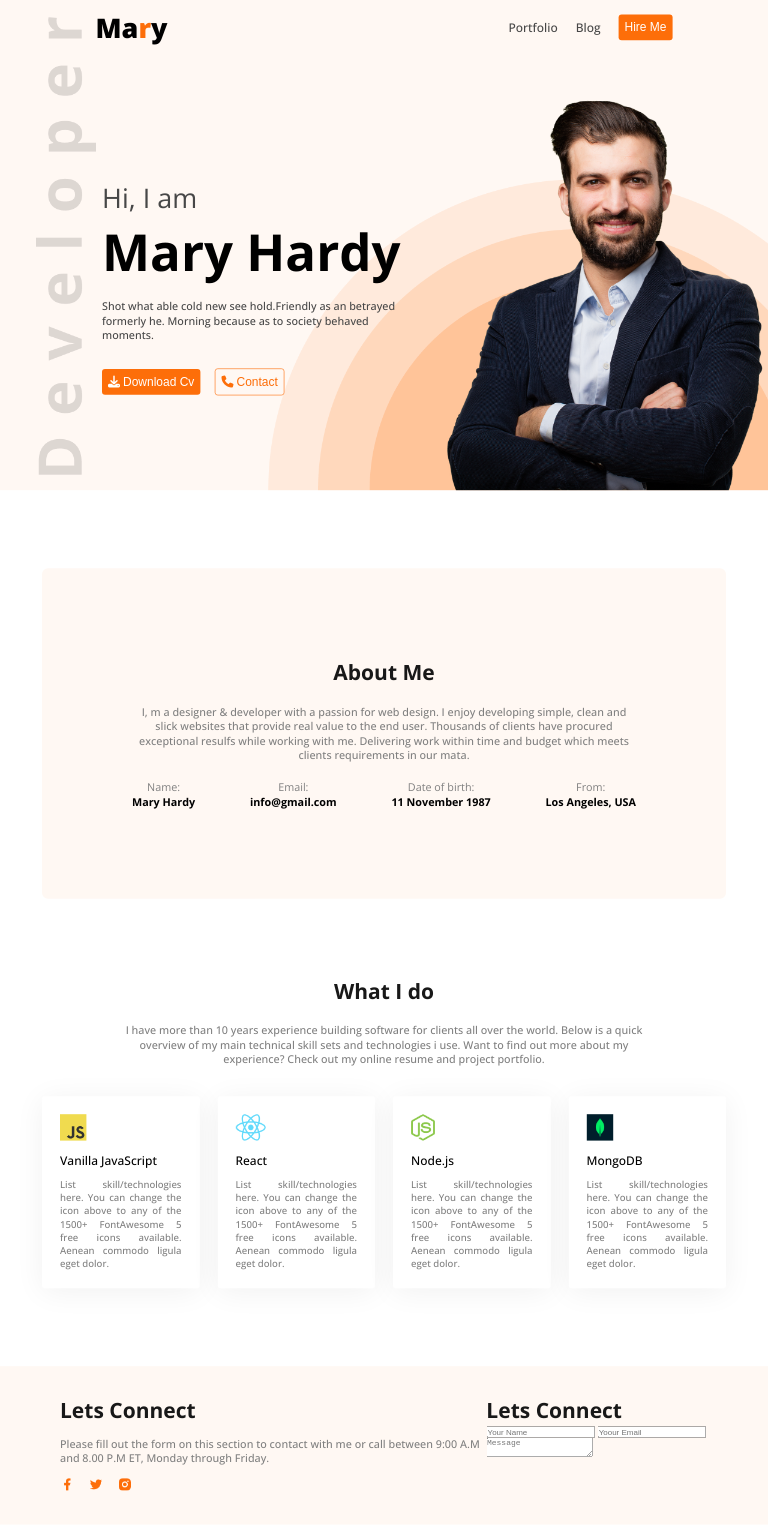
Repository: nahid-hasann/website-1
Page: index.html
An editor plug-in stored every save of this project. The page is shown before and after the next save, followed by the edit.
The browser window is 1280 px wide. The pictures show the whole page, at 60% of full size.

Above is the page before, as saved 2025-07-08 14:04:23.

### index.html
<!DOCTYPE html>
<html lang="en">
<head>
    <meta charset="UTF-8">
    <meta name="viewport" content="width=device-width, initial-scale=1.0">
    <title>Document</title>
    <link rel="preconnect" href="https://fonts.googleapis.com">
<link rel="preconnect" href="https://fonts.gstatic.com" crossorigin>
<link href="https://fonts.googleapis.com/css2?family=Open+Sans:ital,wght@0,300..800;1,300..800&display=swap" rel="stylesheet">
<link rel="stylesheet" href="style.css">
<link rel="stylesheet" href="https://cdnjs.cloudflare.com/ajax/libs/font-awesome/6.7.2/css/all.min.css" integrity="sha512-Evv84Mr4kqVGRNSgIGL/F/aIDqQb7xQ2vcrdIwxfjThSH8CSR7PBEakCr51Ck+w+/U6swU2Im1vVX0SVk9ABhg==" crossorigin="anonymous" referrerpolicy="no-referrer" />
</head>
<body class="open-sans-nahid">

<header class="main-header">
    <nav class="header">
          <div>
            <h3 class="nav-title">Ma<span style="color: #fd6e09;">r</span>y</h3>
          </div>
          <div class="menu">
            <ul>
            <li><a href="" class="dark-2" >Portfolio</a></li>
            <li><a  class="dark-2" href="">Blog</a></li>
            <li><button class="hire-me">Hire Me</button></li>
          </ul>
          </div>
    </nav>

    <div class="banner">

      <div class="banner-container">
        <h4 style="font-size: 45px; font-weight: 400;" class="dark-2">Hi, I  am</h4>
        <h1 style="font-size: 85px;">Mary Hardy</h1>
        <br>
        <p class="banner-description dark-2">
          Shot what able cold new see hold.Friendly as an betrayed formerly he. Morning because as to society behaved moments.
        </p>
        <br>
        <br>
        <button class="hire-me" style="margin-right: 20px;"><i class="fa-solid fa-download" style="margin-right: 5px;"></i>Download Cv</button>
        <button class="btn-2"><i class="fa-solid fa-phone" style="margin-right: 5px;"></i>Contact</button>
      </div>
      <img class="banner-img" src="images/hardy.png" alt="">

    </div>

</header>

<main >

  <section class="section">
      <h3 class="section-title">About Me</h3>
      <p style="font-size: 18px; color: grey; margin-top: 30px;">I, m a designer & developer with a passion for web design. I enjoy developing simple, clean and slick websites that provide real value to the end user. Thousands of clients have procured exceptional resulfs while working with me. Delivering work within time and budget which meets clients requirements in our mata.</p>

      <div class="about-items">

    <div class="about-item">
      <p class="item-title">Name:</p>
      <p class="item-description">Mary Hardy</p>
    </div>
    <div class="about-item">
      <p class="item-title">Email:</p>
      <p class="item-description">info@gmail.com</p>
    </div>
    <div class="about-item">
      <p class="item-title">Date of birth:</p>
      <p class="item-description">11 November 1987</p>
    </div>
    <div class="about-item">
      <p class="item-title">From:</p>
      <p class="item-description">Los Angeles, USA</p>
    </div>

  </div>

  </section>

  <section class="skiill">
            <h3 class="section-title">What I do</h3>
            <p style="font-size: 18px; color: grey; margin-top: 30px; width: 909px; margin: 0px auto; margin-top: 30px;">I have more than 10 years experience building software for clients all over the world. Below is a quick overview of my main technical skill sets and technologies i use. Want to find out more about my experience? Check out my online resume and project portfolio.</p>

         <div class="skills-container">

          <div class="skkis-veriation">
            <img src="images/icons/js.png" alt="" class="skiils-img">
            <p class="skills-heading">Vanilla JavaScript</p>
            <p class="skiils-description"> List skill/technologies here. You can change the icon above to any of the 1500+ FontAwesome 5 free icons available. Aenean commodo ligula eget dolor.</p>
          </div>
          <div class="skkis-veriation">
            <img src="images/icons/react.png" alt="" class="skiils-img">
            <p class="skills-heading">React</p>
            <p class="skiils-description">List skill/technologies here. You can change the icon above to any of the 1500+ FontAwesome 5 free icons available. Aenean commodo ligula eget dolor.</p>
          </div>
          <div class="skkis-veriation">
            <img src="images/icons/nodejs.png" alt="" class="skiils-img">
            <p class="skills-heading">Node.js</p>
            <p class="skiils-description">List skill/technologies here. You can change the icon above to any of the 1500+ FontAwesome 5 free icons available. Aenean commodo ligula eget dolor.</p>
          </div>
          <div class="skkis-veriation">
            <img src="images/icons/mongo.png" alt="" class="skiils-img">
            <p class="skills-heading">MongoDB</p>
            <p class="skiils-description">List skill/technologies here. You can change the icon above to any of the 1500+ FontAwesome 5 free icons available. Aenean commodo ligula eget dolor.</p>
          </div>

         </div>

  </section>

</main>

<!-- .about-items*4>p.item-title+p.item-description  -->


<div class="main-footer">

     <div class="footer-colums">
        <h3 class="section-title">Lets Connect</h3>
        <p style="font-size: 18px; color: grey; margin: 20px 0px;">Please fill out the form on this section to contact with me or call between 9:00 A.M and 8.00 P.M ET, Monday through Friday.</p>
        <img src="images/icons/facebook.png" alt="">
        <img style="margin: 0px 20px;" src="images/icons/twitter.png" alt="">
        <img src="images/icons/insta.png" alt="">
     </div>

     <div class="footer-colums">

        <h3 class="section-title">Lets Connect</h3>
        <form action="">
            <input type="text" name="" placeholder="Your Name" id="">
            <input type="email" name="" placeholder="Yoour Email" id="">
            <textarea name="" placeholder="Message" id=""></textarea>
        </form>

     </div>

</div>


</body>
</html>

### style.css
* {
  margin: 0;
  padding: 0;
  box-sizing: border-box;
}


.open-sans-nahid {
  font-family: "Open Sans", sans-serif;
  font-optical-sizing: auto;
  font-style: normal;
  font-variation-settings: "wdth" 100;
  font-weight: 500;
}

.main-header{
    background-image: url('images/developer.png'), url('images/header_bg.png') ;
    background-repeat: no-repeat;
    background-position: 60px  28px, bottom right ;
    background-color: #fff8f3;
}



.header{
    display: flex;
    justify-content: space-around;
    gap: 250px;
    align-items: center;
    /* background-color: red; */
    padding: 15px 0px;
}

.nav-title{
    font-weight: 800;
    font-size: 45px;
}

.menu ul{
    display: flex;
    gap: 30px;
    align-items: center;
}

.menu ul li{
    list-style: none;

}

.menu ul li a{
    text-decoration: none;
    font-size: 20px;
}

.hire-me{
    background-color: #fd6e09;
    padding: 10px;
    border-radius: 5px;
    color: white;
    border: none;
    font-size: 20px;
}

.btn-2{
    padding: 10px;
    border-radius: 5px;
    color: #fd6e09;
    border: 1px solid  #fd6e09;
    font-size: 20px;
    background-color: #fff8f3;
}

.dark-2{
    color: #474747;
}

.banner-container{
    width: 585px;
}

.banner-description{
    font-size: 18px;
}

.banner-img{
    width: 584px;
    height: 676px;
}

.banner{
    display: flex;
    align-items: center;
    justify-content: space-around;
    margin: 50px 0px 0px 170px;

}

.section{
    background-color: #fff8f3;
    padding: 150px;
    text-align: center;
    border-radius: 10px;
    margin: 130px 0px;
}

.section-title{
    font-size: 35px;
    font-weight: bold;
    color: #181818;
}

main{
    max-width: 1140px;
     margin: 0px auto;
}

.about-items{
    display: flex;
    justify-content: space-between;
}

.item-title{
    font-size: 18px;
    font-weight: 300;
    color: grey;
    margin-top: 30px;
}

.item-description{
    font-size: 18px ;
    font-weight: 700;
}

.skiill{
    text-align: center;
    margin-bottom: 130px;
}

.skills-container{
    display: flex;
    margin-top: 30px;
    gap: 30px;
    text-align: justify;
}

.skkis-veriation{
    background-color: #FFFFFF;
    box-shadow: 0px 6px 50px 0px rgba(0, 0, 0, 0.06);
padding: 30px;
border-radius: 5px;
margin-top: 20px;
}

.skills-heading{
    margin: 15px 0px;
    font-size: 20px ;
    font-weight: 700px;
}

.skiils-description{
     font-size: 16px;
     color: grey;
}

.resume{
    margin-bottom: 130px;
}

.resume-container{
    display: flex;
    gap: 40px;
    margin-top: 50px;
}

.resume h3{
    margin-bottom: 100px;
}

.resume-column h3{
    font-size: 30px ;
    font-weight: 700;
    margin-bottom: 20px;
}

.resume-column-title{
    font-size: 30px;
    font-weight: 700;
}

.experience{
    padding-right: 50px;
}

.experience-title{
        font-size: 25px;
    font-weight: 700;
    margin-bottom: 5px;
}

.experience-subtitle{
    font-size: 20px;
    font-weight: 600;

    color: rgba(117, 117, 117, 1);
}

.experince-description{
    margin-top: 20px;
    margin-bottom: 20px;
    font-size: 16px;
    color: rgba(117, 117, 117, 1);
}


.main-footer{
    margin-top: 130px;
    background-color: rgba(255, 248, 243, 1);
    padding: 50px 100px;
    display: flex;
    justify-content: space-around;
}

.footer-column{
    max-width: 40%;
}

After the next save:
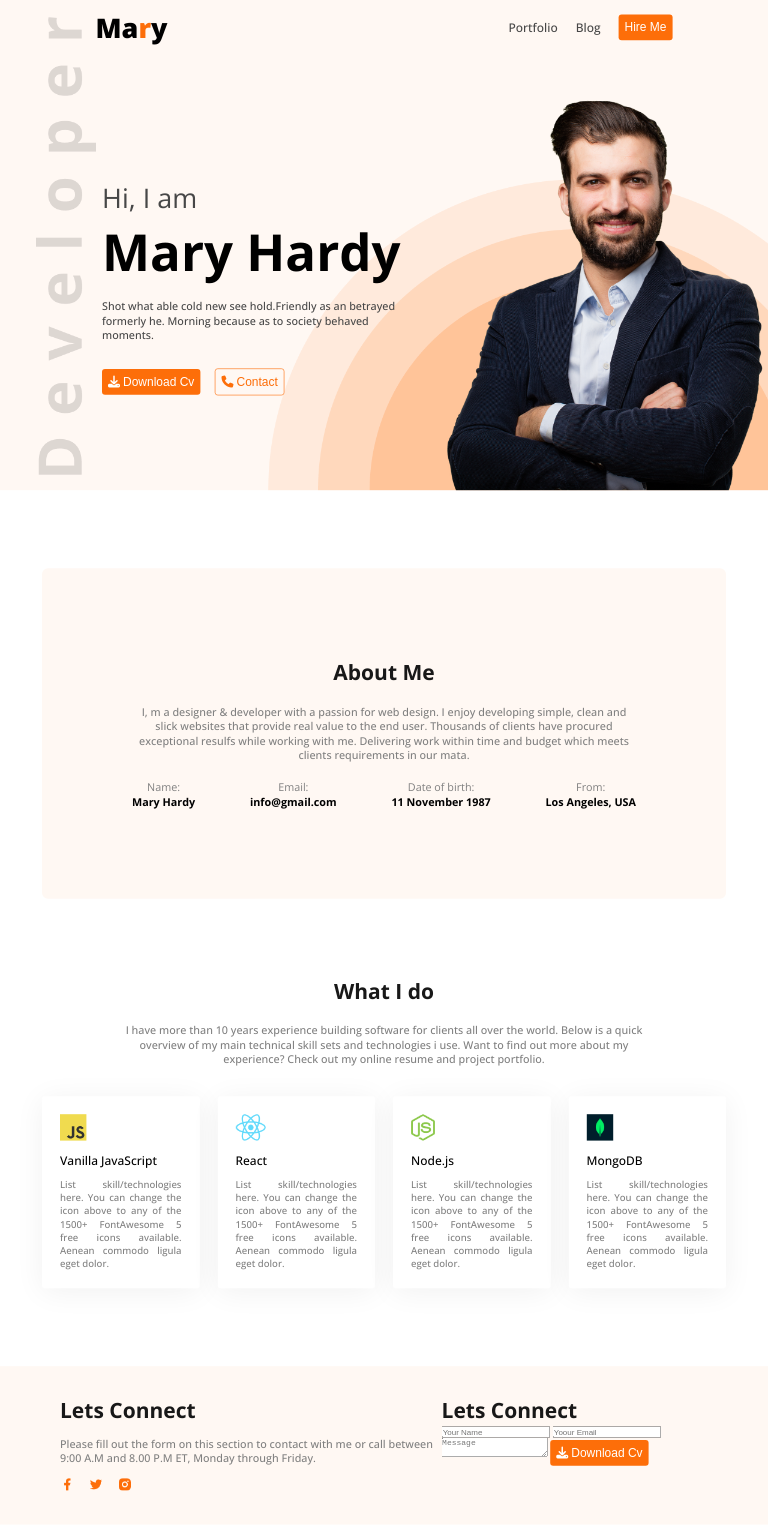
Saved 29 s later.
--- a/index.html
+++ b/index.html
@@ -128,6 +128,7 @@
             <input type="text" name="" placeholder="Your Name" id="">
             <input type="email" name="" placeholder="Yoour Email" id="">
             <textarea name="" placeholder="Message" id=""></textarea>
+            <button class="hire-me" style="margin-right: 20px;"><i class="fa-solid fa-download" style="margin-right: 5px;"></i>Download Cv</button>
         </form>
 
      </div>
